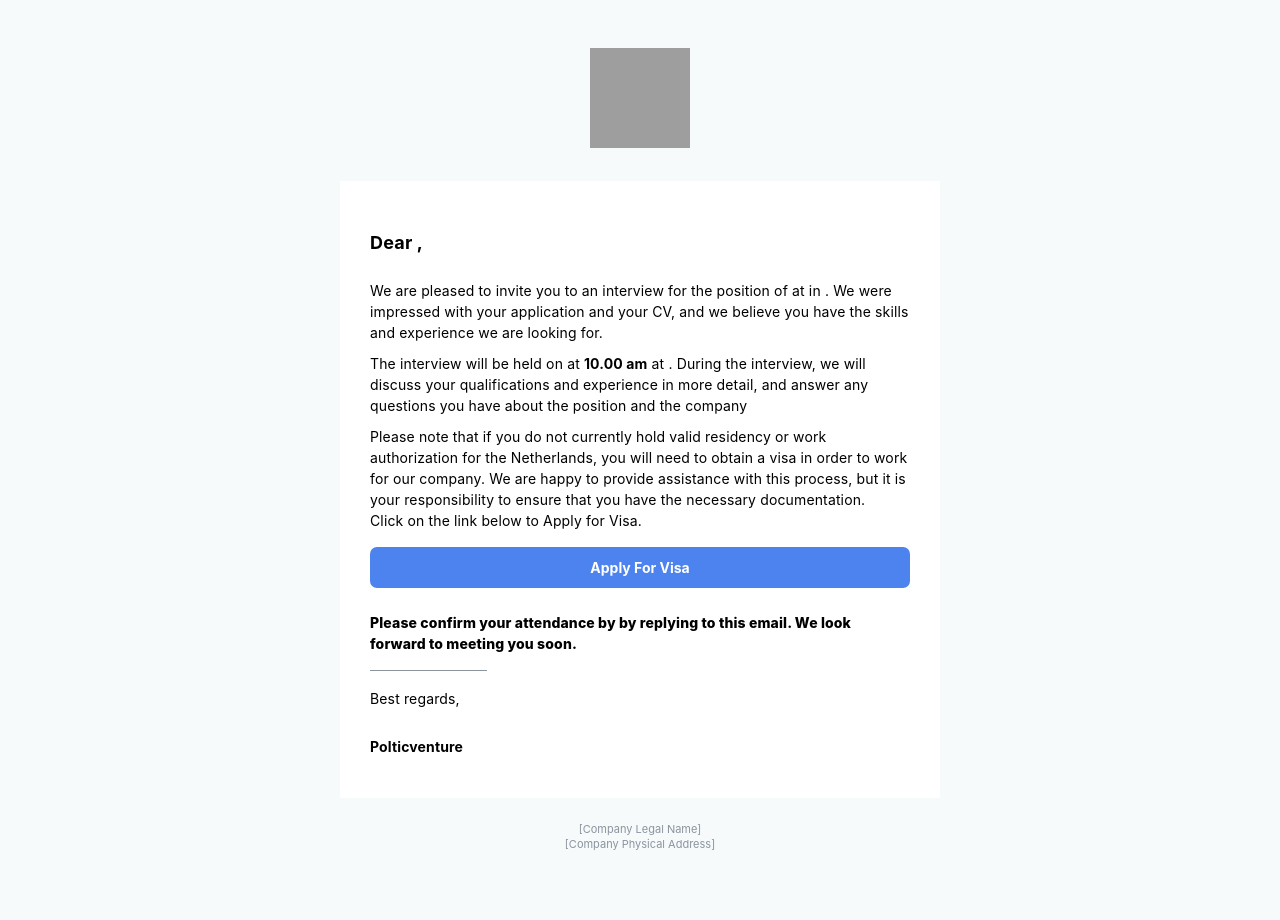
Repository: greatchriz/job
Page: resources/views/emails/CvAcceptedMail.blade.php
An editor plug-in stored every save of this project. The page is shown before and after the next save, followed by the edit.
The browser window is 1280 px wide. The pictures show the whole page.
Pictures or frames that could not be fetched are drawn as grey boxes. The page is served by the project's Laravel application, run on PHP 8.4 with Laravel 10. The template is opened directly, without the code that normally fills it, so the values that code supplies are empty.

Above is the page before, as saved 2023-12-07 02:06:46.

After the next save:
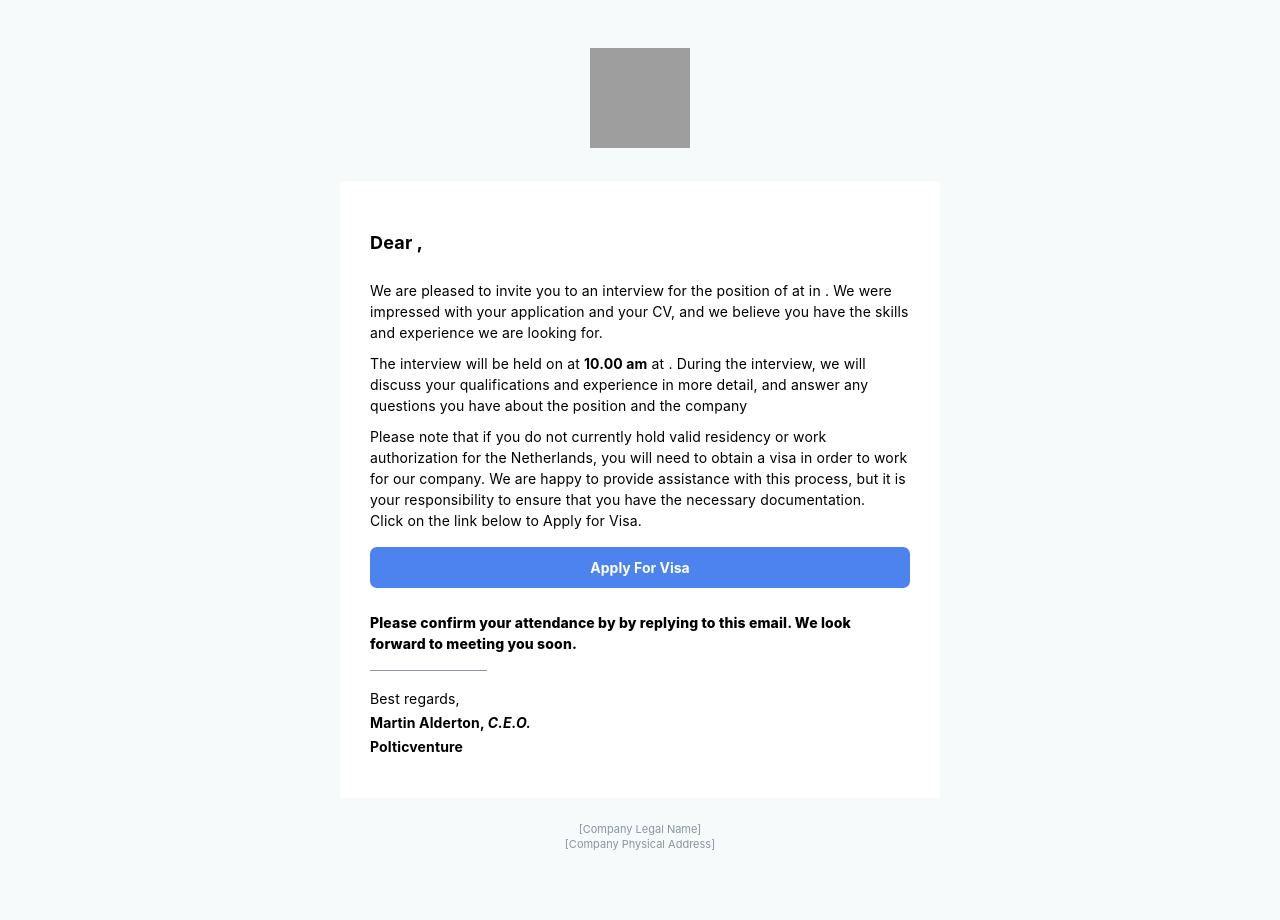
Saved 15 min 8 s later.
--- a/resources/views/emails/CvAcceptedMail.blade.php
+++ b/resources/views/emails/CvAcceptedMail.blade.php
@@ -140,7 +140,7 @@
                       </tr>
                       <tr>
                         <td style="font-size: 14px; line-height: 170%; font-weight: 400; color: #000000; letter-spacing: 0.01em;">
-                          Best regards, <br><strong></strong>
+                          Best regards, <br><strong>Martin Alderton, <i>C.E.O.</i></strong>
                           <br><strong>Polticventure</strong>
                         </td>
                       </tr>
